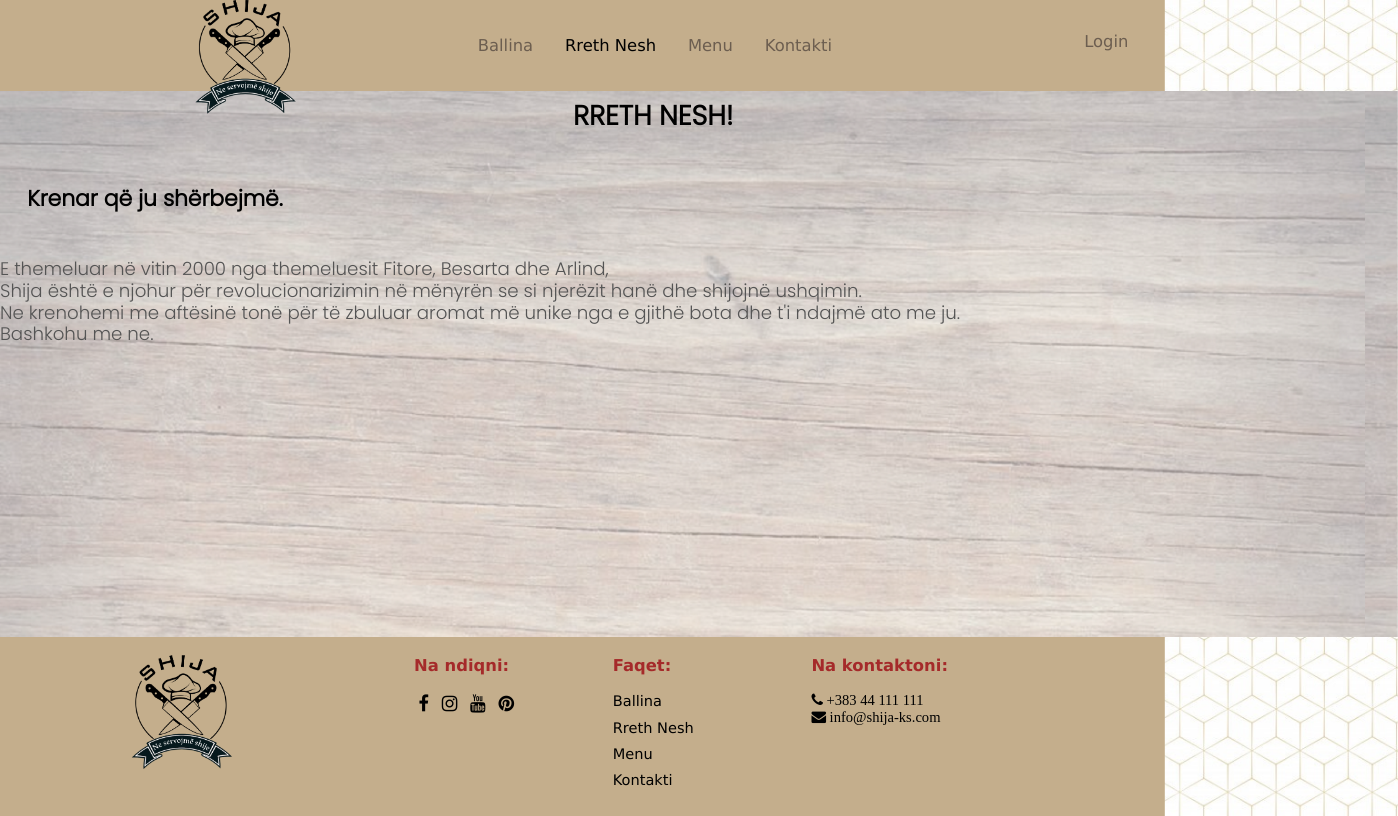
Repository: bs47892/ProjektiWeb-Shija2020
Page: RrethNesh.html
The author's editor kept a copy of each file at every save. The page is drawn from the files as they stood at one save, then again after the next save.
The browser window is 1280 px wide. The page is 1536 px wide, so the pictures cover 1536 px, including what lies to the right of the window. The pictures show the whole page, at 91% of full size.

Above is the page before, as saved 2021-03-09 19:37:03.

After the next save:
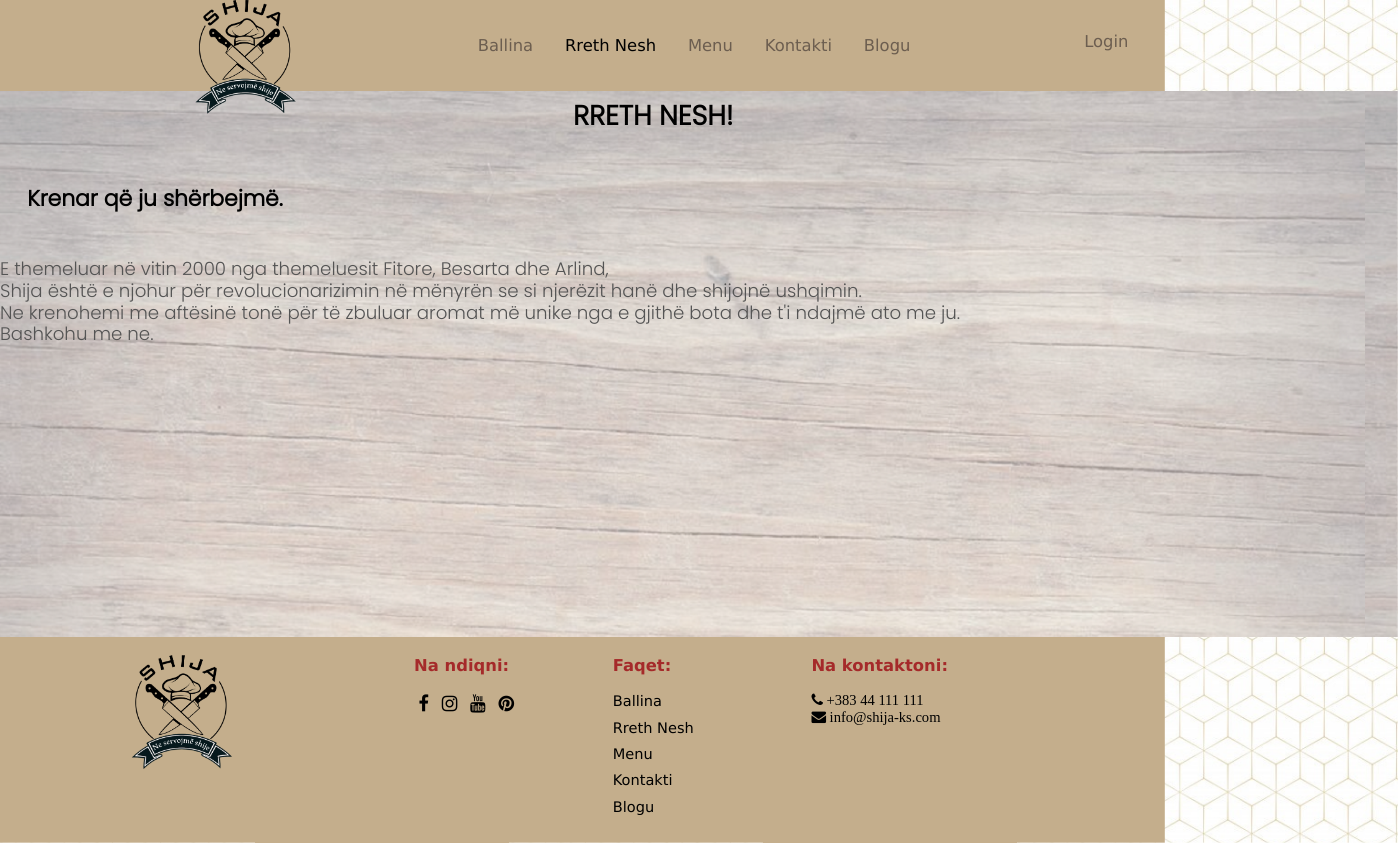
Saved 3 s later.
--- a/RrethNesh.html
+++ b/RrethNesh.html
@@ -20,6 +20,7 @@
                 <li><a href="RrethNesh.html" class="underline active">Rreth Nesh</a></li>
                 <li><a href="menu.html" class="underline">Menu</a></li>
                 <li><a href="kontakti.html" class="underline">Kontakti</a></li>
+                <li><a href="blog.html" class="underline">Blogu</a></li>
             </ul>
             </nav>
             <li><a href="login/login.html" class="rightlog">Login</a></li>
@@ -92,6 +93,7 @@
                 <li><a href="RrethNesh.html">Rreth Nesh</a></li>
                 <li><a href="menu.html">Menu</a></li>
                 <li><a href="kontakti.html">Kontakti</a></li>
+                <li><a href="blog.html">Blogu</a></li>
             </ul>
             </div>
             </div>
